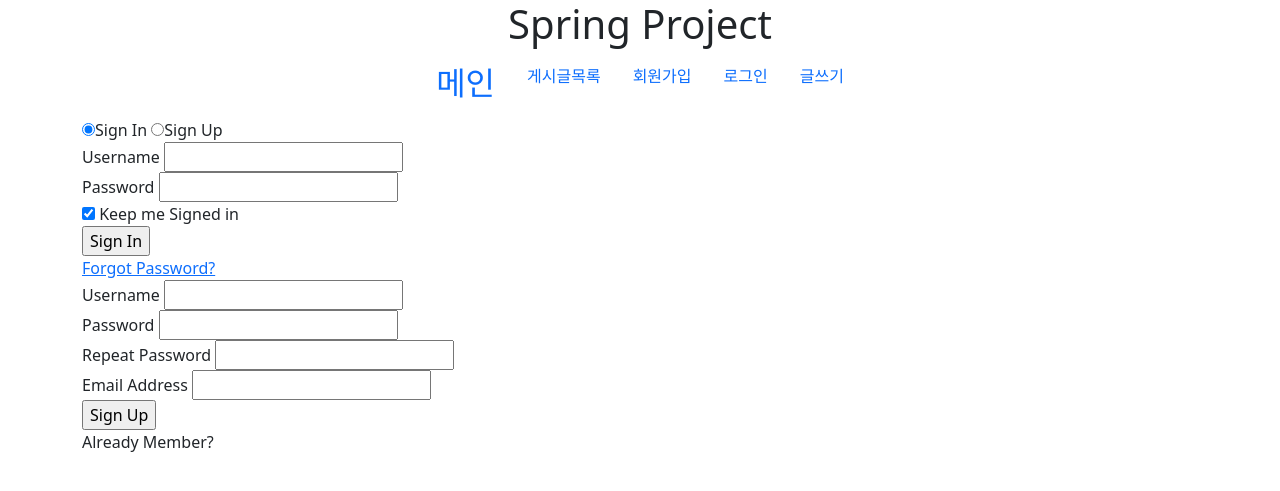
Repository: dtkd19/spring_personal_project
Page: http://localhost/myproject/WEB-INF/views/user/register.jsp
An editor plug-in stored every save of this project. The page is shown before and after the next save, followed by the edit.
The browser window is 1280 px wide. The pictures show the whole page.
The page is served by Tomcat 9. Nobody is signed in. Other server files are loaded and not shown. The template is opened directly, without the code that normally fills it, so the values that code supplies are empty.

Above is the page before, as saved 2024-11-07 01:14:25.

### myproject/src/main/webapp/WEB-INF/views/user/register.jsp
<%@ page language="java" contentType="text/html; charset=UTF-8"
    pageEncoding="UTF-8"%>
<%@ taglib uri="http://java.sun.com/jsp/jstl/core" prefix="c"%>

<jsp:include page="../layout/header.jsp" />

	<div class="container-md">

  <div class="login-wrap">
  <div class="login-html">
    <input id="tab-1" type="radio" name="tab" class="sign-in" checked><label for="tab-1" class="tab">Sign In</label>
    <input id="tab-2" type="radio" name="tab" class="sign-up"><label for="tab-2" class="tab">Sign Up</label>
    <div class="login-form">
      <div class="sign-in-htm">
      	<form action="">
        <div class="group">
          <label for="user" class="label">Username</label>
          <input id="user" type="text" class="input">
        </div>
        <div class="group">
          <label for="pass" class="label">Password</label>
          <input id="pass" type="password" class="input" data-type="password">
        </div>
        <div class="group">
          <input id="check" type="checkbox" class="check" checked>
          <label for="check"><span class="icon"></span> Keep me Signed in</label>
        </div>
        <div class="group">
          <input type="submit" class="button" value="Sign In">
        </div>
        </form>
        <div class="hr"></div>
        <div class="foot-lnk">
          <a href="#forgot">Forgot Password?</a>
        </div>
      </div>
      <div class="sign-up-htm">
        <div class="group">
          <label for="user" class="label">Username</label>
          <input id="user" type="text" class="input">
        </div>
        <div class="group">
          <label for="pass" class="label">Password</label>
          <input id="pass" type="password" class="input" data-type="password">
        </div>
        <div class="group">
          <label for="pass" class="label">Repeat Password</label>
          <input id="pass" type="password" class="input" data-type="password">
        </div>
        <div class="group">
          <label for="pass" class="label">Email Address</label>
          <input id="pass" type="text" class="input">
        </div>
        <div class="group">
          <input type="submit" class="button" value="Sign Up">
        </div>
        <div class="hr"></div>
        <div class="foot-lnk">
          <label for="tab-1">Already Member?</label>
        </div>
      </div>
    </div>
  </div>
</div>







	</div>

<jsp:include page="../layout/footer.jsp" />

### myproject/src/main/webapp/WEB-INF/views/layout/header.jsp
<%@ page language="java" contentType="text/html; charset=UTF-8"
    pageEncoding="UTF-8"%><%@ taglib uri="http://java.sun.com/jsp/jstl/core" prefix="c"%>
<!DOCTYPE html>
<html>
<head>
<meta charset="UTF-8">
<title>header.jsp</title>
<link href="https://cdn.jsdelivr.net/npm/bootstrap@5.3.3/dist/css/bootstrap.min.css" rel="stylesheet" integrity="sha384-QWTKZyjpPEjISv5WaRU9OFeRpok6YctnYmDr5pNlyT2bRjXh0JMhjY6hW+ALEwIH" crossorigin="anonymous">
<script src="https://cdn.jsdelivr.net/npm/bootstrap@5.3.3/dist/js/bootstrap.bundle.min.js" integrity="sha384-YvpcrYf0tY3lHB60NNkmXc5s9fDVZLESaAA55NDzOxhy9GkcIdslK1eN7N6jIeHz" crossorigin="anonymous"></script>
</head>
<body>
<div class="container-md">
<h1 style="text-align: center;">
	Spring Project
</h1>
<ul class="nav justify-content-center">
  <li class="nav-item">
    <h2><a class="nav-link active" aria-current="page" href="/">메인</a></h2>
  </li>
  <li class="nav-item">
    <a class="nav-link" href="#">게시글목록</a>
  </li>
  <li class="nav-item">
    <a class="nav-link" href="#">회원가입</a>
  </li>
  <li class="nav-item">
    <a class="nav-link" href="#">로그인</a>
  </li>
  <li class="nav-item">
    <a class="nav-link" href="/board/register">글쓰기</a>
  </li>
</ul>




</div>
</body>
</html>

Loaded but not shown: myproject/src/main/webapp/WEB-INF/views/layout/footer.jsp (common file)

After the next save:
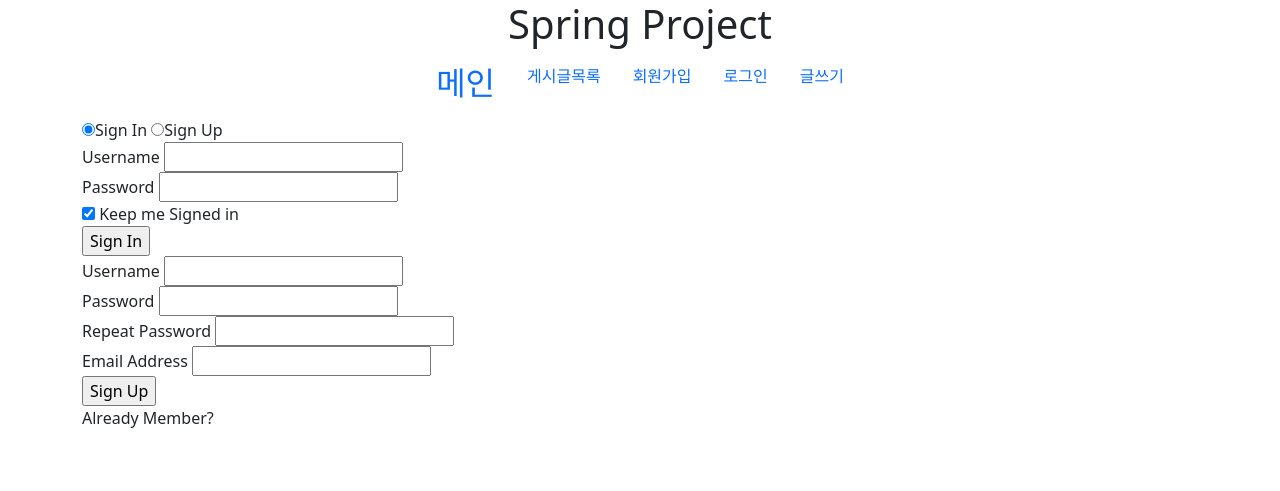
Saved 10 s later.
--- a/myproject/src/main/webapp/WEB-INF/views/user/register.jsp
+++ b/myproject/src/main/webapp/WEB-INF/views/user/register.jsp
@@ -30,9 +30,6 @@
         </div>
         </form>
         <div class="hr"></div>
-        <div class="foot-lnk">
-          <a href="#forgot">Forgot Password?</a>
-        </div>
       </div>
       <div class="sign-up-htm">
         <div class="group">
